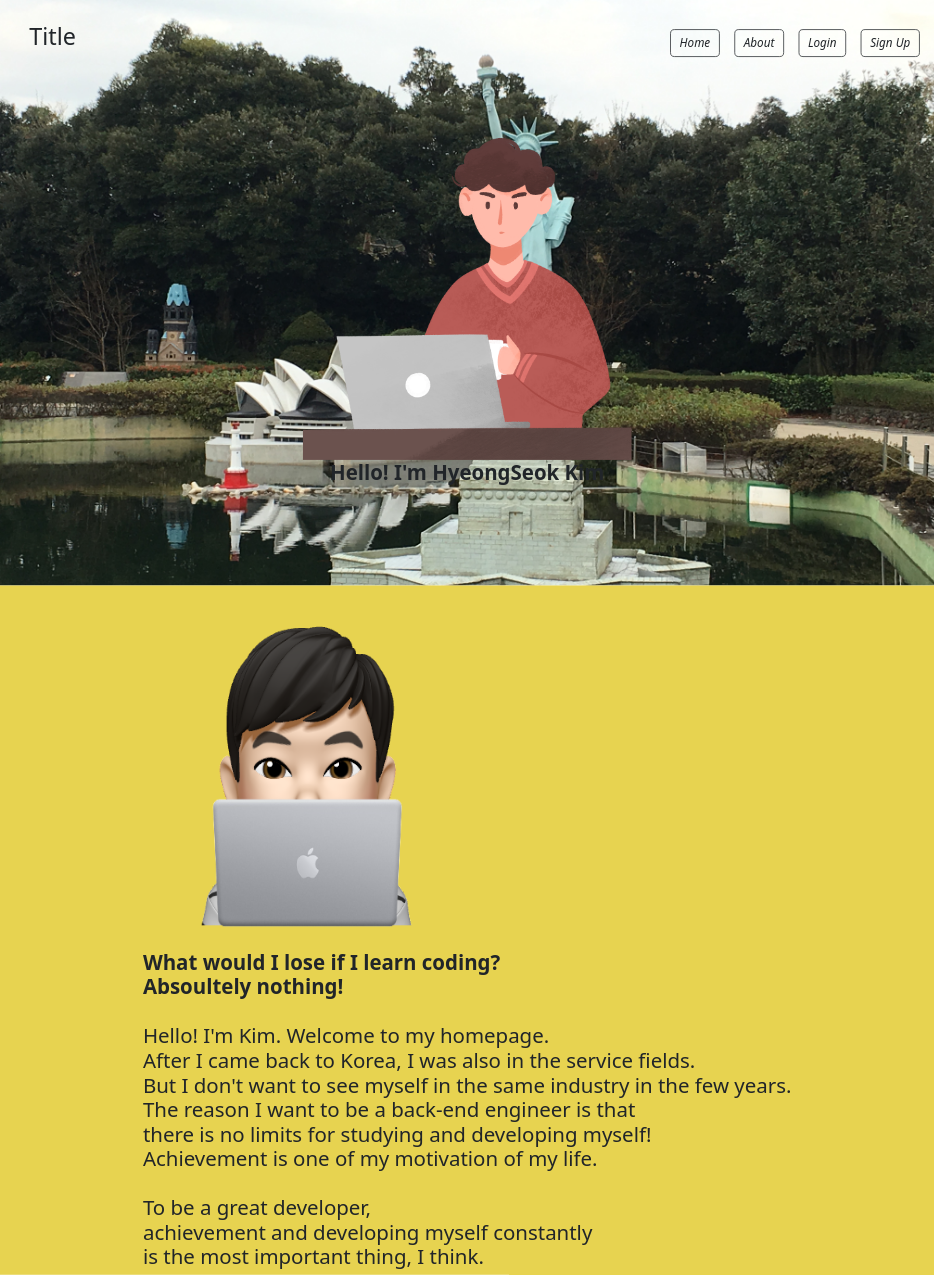
Repository: beruzz/ezen
Page: http://localhost/introduce/
These files come from the project's save history. The page is drawn as it stood at one moment and after the next save; the edit follows.
The browser window is 1280 px wide. The pictures show the whole page, at 73% of full size.
The page is served by Tomcat 9. The template is opened directly, without the code that normally fills it, so the values that code supplies are empty.

Above is the page before, as saved 2022-12-14 08:39:20.

After the next save:
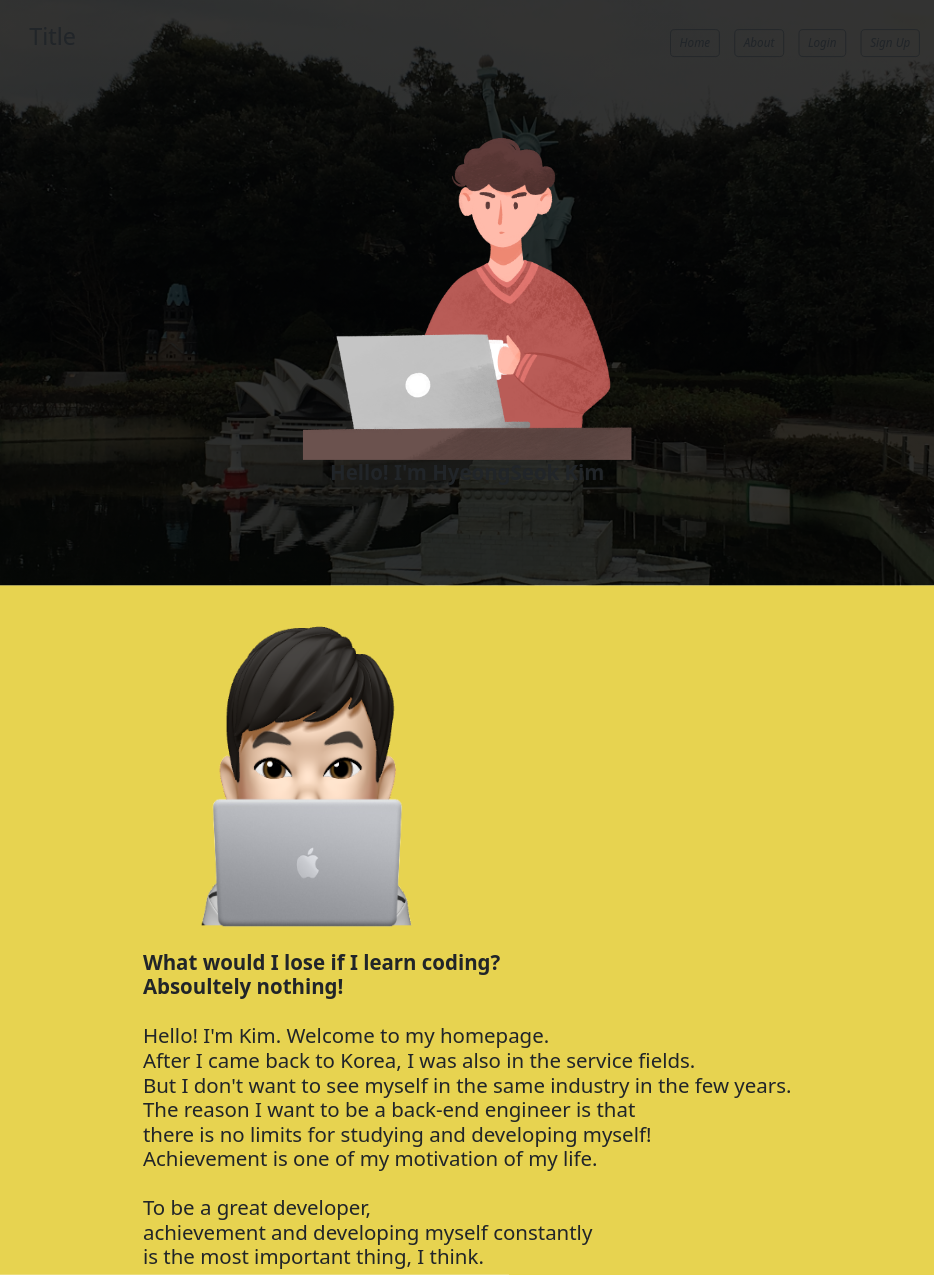
Saved 7 min 16 s later.
--- a/JSP_Board&Member/introduce/src/main/webapp/css/main.css
+++ b/JSP_Board&Member/introduce/src/main/webapp/css/main.css
@@ -12,11 +12,15 @@ header {
 }
 
 .one {
-	background-image: url("/images/bg.jpg");
+	background-image: linear-gradient(
+        rgba(0, 0, 0, 0.8),
+        rgba(0, 0, 0, 0.8)
+      ), url("/images/bg.jpg");
 	background-size: cover;
 	text-align: center;
 	padding-top: 180px;
 	padding-bottom: 130px;
+
 }
 
 ul {
